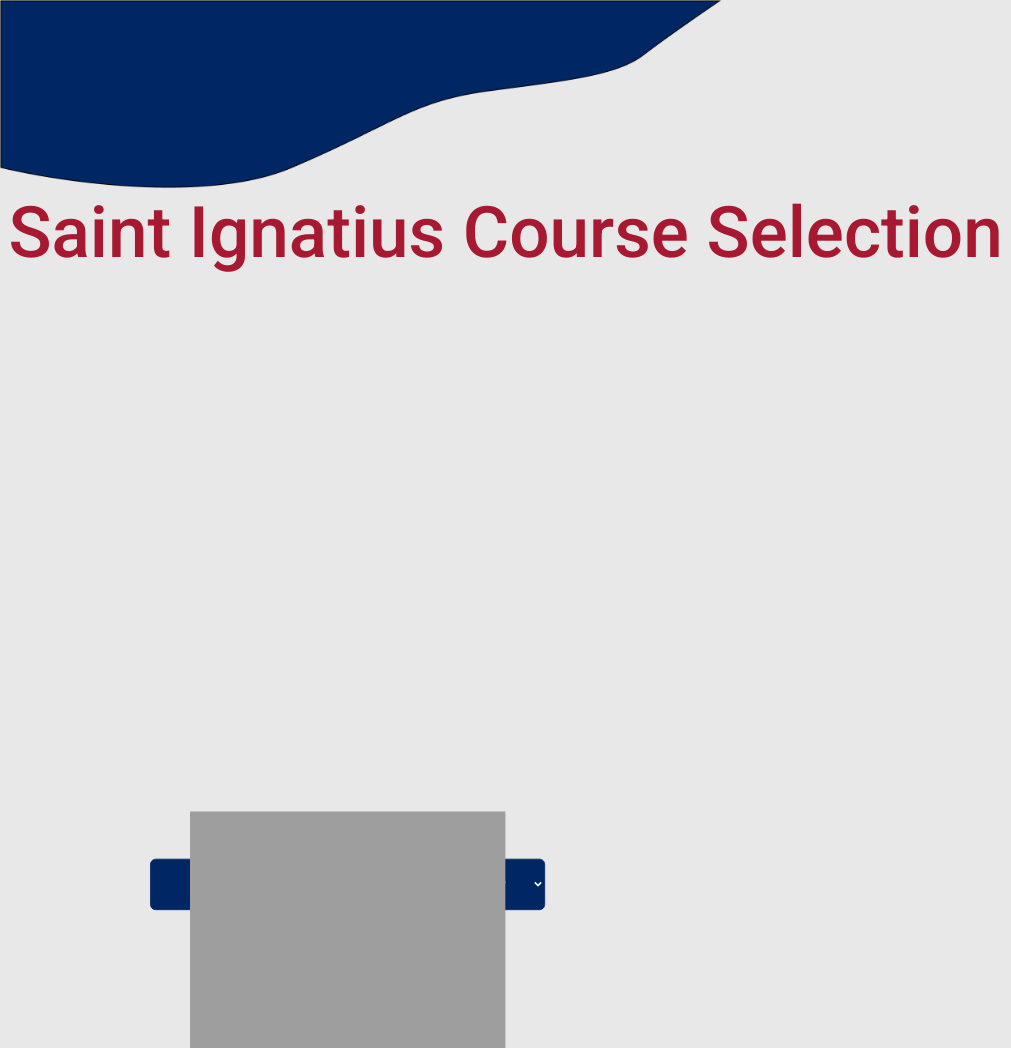
Repository: BuddyBob/si_course_selection
Page: /
The author's editor kept a copy of each file at every save. The page is drawn from the files as they stood at one save, then again after the next save.
The browser window is 1280 px wide. The pictures show the whole page, at 79% of full size.
Pictures or frames that could not be fetched are drawn as grey boxes. The project was rebuilt for these pictures with package versions that can differ from the ones it lists, and the page was loaded fresh each time.

Above is the page before, as saved 2022-12-29 12:00:13.

### public/index.html
<!DOCTYPE html>
<html lang="en">
  <head>
    <meta charset="utf-8" />
    <link rel="icon" href="%PUBLIC_URL%/favicon.ico" />
    <meta name="viewport" content="width=device-width, initial-scale=1" />
    <meta name="theme-color" content="#000000" />
    <meta
      name="description"
      content="Web site created using create-react-app"
    />
    <link rel="apple-touch-icon" href="%PUBLIC_URL%/logo192.png" />
    <link rel="manifest" href="%PUBLIC_URL%/manifest.json" />

    <link rel="preconnect" href="https://fonts.googleapis.com">
    <link rel="preconnect" href="https://fonts.gstatic.com" crossorigin>
    <link href="https://fonts.googleapis.com/css2?family=Open+Sans:wght@300;400&family=Roboto:wght@500&display=swap" rel="stylesheet">
    <title>React App</title>
  </head>
  <body>
    <noscript>You need to enable JavaScript to run this app.</noscript>
    <div id="root"></div>

  </body>
</html>

### src/index.js
import App from './App';
import React from 'react';
import ReactDOM from 'react-dom';
import { HashRouter as Router } from 'react-router-dom';

ReactDOM.render(<Router>< App /></Router>, document.getElementById("root"));

### src/App.js
import './index.css'

import {
    Route,
    Routes,
} from "react-router-dom";

import Home from "./Home";

export default function App() {
    return (
          <Routes>
            <Route  exact path='/' element={<Home/>} />
          </Routes>
    );
  }

### src/index.css
:root {
  --background:#e8e8e8;
  --main:#002664;
  --secondary:#A61930;
  --highlight:#2D2D2D;
  --text:#2D2D2D;
}

*{
  padding: 0;
  margin: 0;
  box-sizing: border-box;
  cursor: default;
  font-family: 'Open Sans', sans-serif;
  font-family: 'Roboto', sans-serif;
}

body{
  background: var(--background);
  overflow-x: hidden;
}


.main-container{
  display: flex;
  flex-direction: column;
  justify-content: center;
  align-items: center;
  padding: 0px;
  gap: 80px;
}

.title{
  font-style: normal;
  font-size: 90px;
  color: var(--secondary);
  font-weight: 450;
  /* center text to page; */


}

/* .grade{
  position: relative;
  background-color: var(--main);
  padding:30px;
  border-radius: 10px;
  border: 2px solid var(--main);
  width:10%;
  height: 10%;
  top:500px;
  right:300px
}

.years{
  position: relative;
  background-color: var(--main);
  padding:30px;
  border-radius: 10px;
  border: 2px solid var(--main);
  width:10%;
  height: 10%;
  top:340px;
  left:300px
} */

select {
  border: #002664 1px solid;
  border-radius: 7px;
  background: #002664;
  width: 200px;
  height: 65px;/*Width of select dropdown to give space for arrow image*/
  color: #FFF;
  padding: 20px;
  text-align: center;
  font-size: 20px;
  font-weight: 30px;
  margin: 50px;
}

.pg1dd {
  position: relative;
  top: 400px;;

}

.arrow5{
  justify-content: center;
  align-items: center;
  position: relative;
  right: 50%;
  top:200px;


}

### src/Home.js
import React from 'react'
import arrow5 from './assets/Arrow 5.svg'
import vector1 from './assets/Vector 1.png'
function Home() {
  function optionChange(e){
    console.log("option changed")
    console.log(e.target.value)
  }
  return (
    <div>
      <input type="image" src={vector1} alt="vector" className="vector1" />
      <div className="main-container">
        <h1 className="title">Saint Ignatius Course Selection</h1>
        <form className="pg1dd">
            <select className="grade">

                <option>Freshman</option>
                <option>Sophmore </option>
                <option>Junior</option>
                <option>Senior</option>
            </select>

            <select className="years">
                <option>Current Year</option>
                <option>All Years</option>
            </select>
            <input type="image" src={arrow5} alt="arrow" className="arrow5" />
        </form>



      </div>
    </div>
  )
}

export default Home

After the next save:
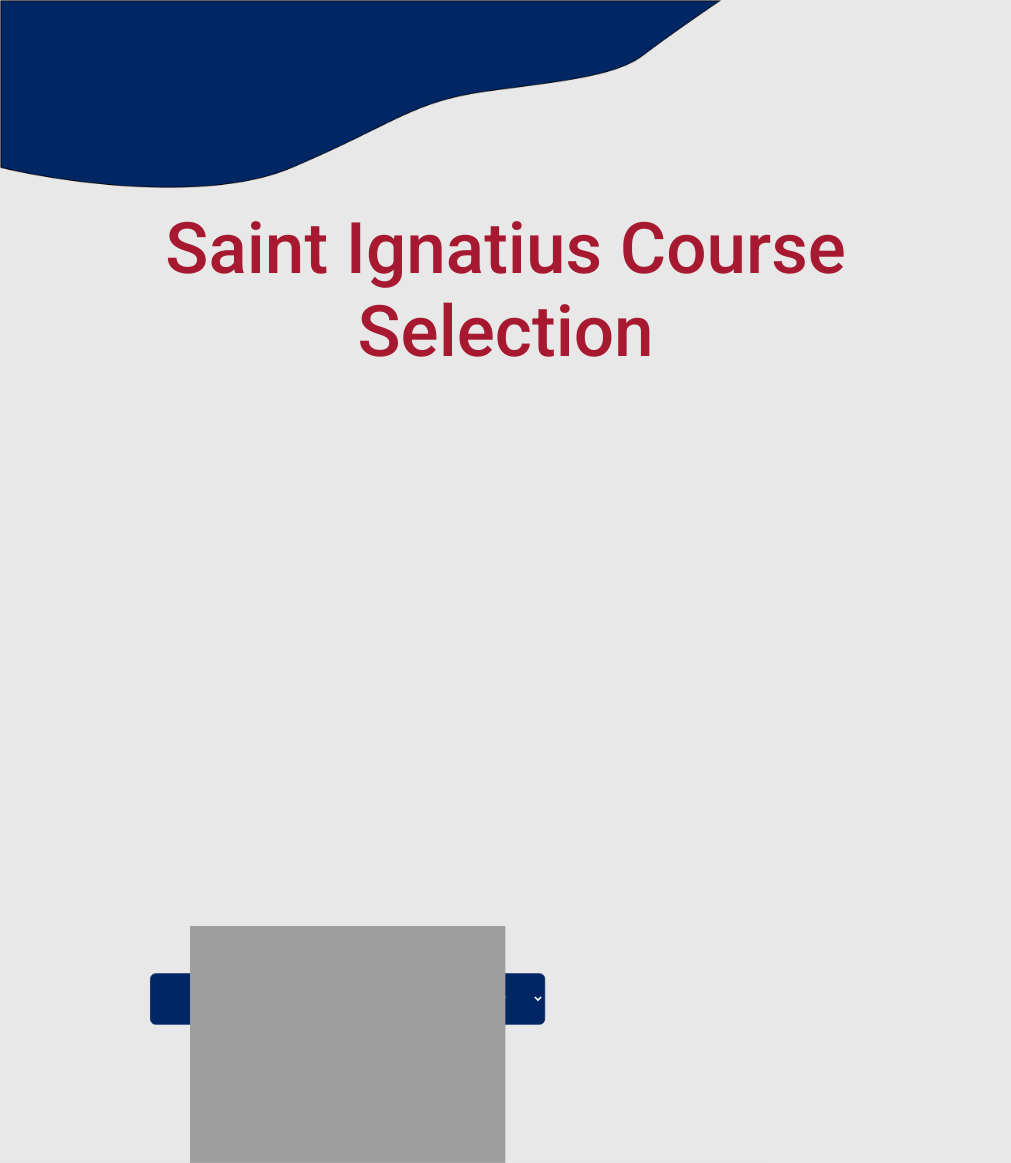
Saved 8 s later.
--- a/src/index.css
+++ b/src/index.css
@@ -36,7 +36,13 @@
   color: var(--secondary);
   font-weight: 450;
   /* center text to page; */
-
+  text-align: center;
+  /* center text to page; */
+  margin: auto;
+  /* center text to page; */
+  width: 100%;
+  /* center text to page; */
+  padding: 20px;
 
 }
 
